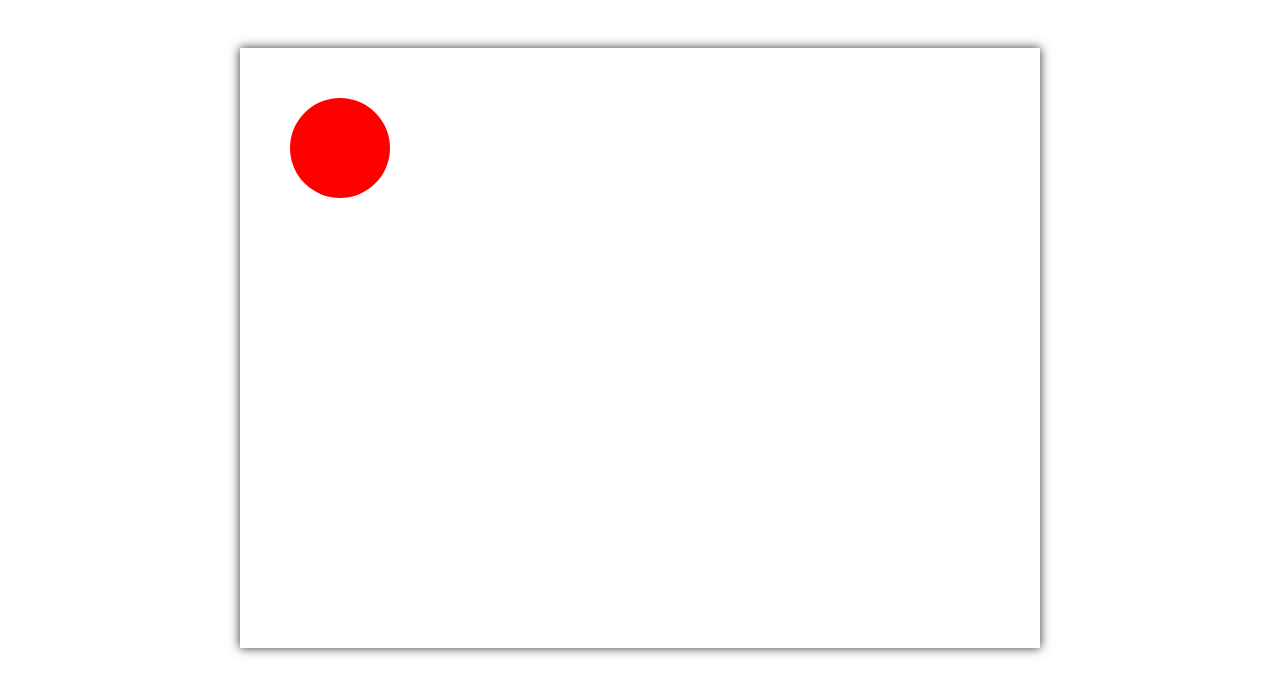
Repository: fangYiYuan/javascript-
Page: canvas/10.圆形碰撞.html
The author's editor kept a copy of each file at every save. The page is drawn from the files as they stood at one save, then again after the next save.
The browser window is 1280 px wide. The pictures show the whole page.

Above is the page before, as saved 2020-04-15 10:47:19.

After the next save:
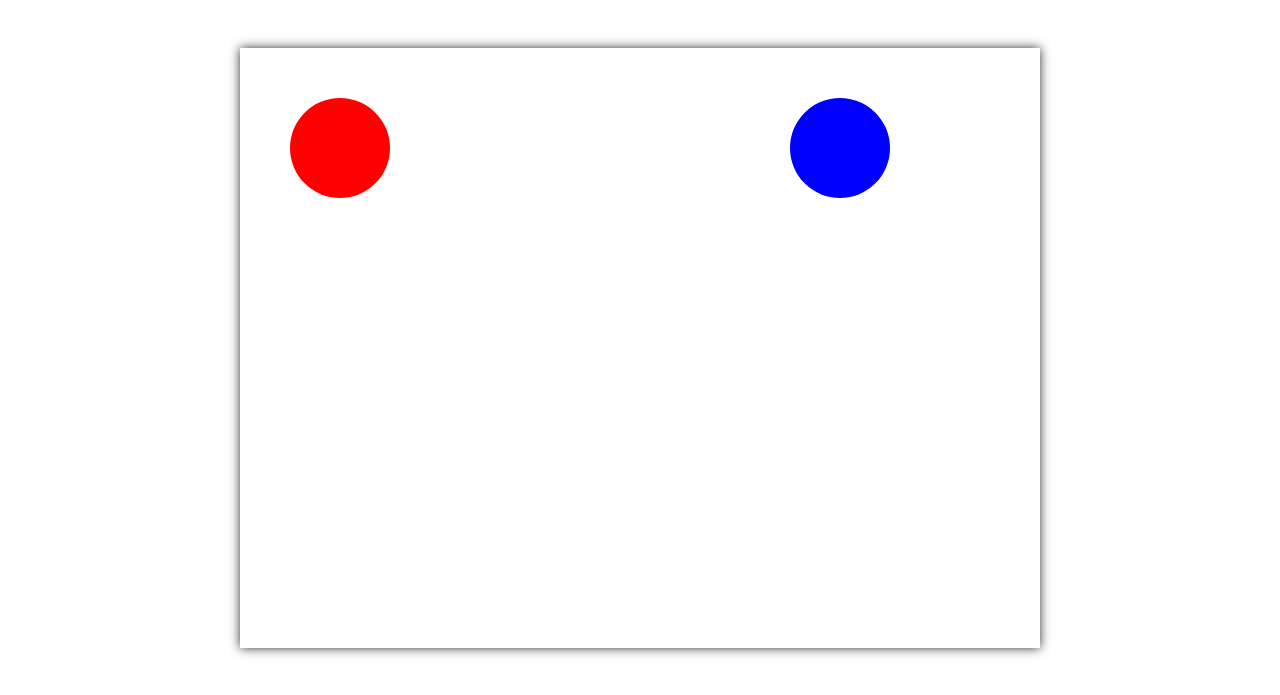
Saved 10 s later.
--- a/canvas/10.圆形碰撞.html
+++ b/canvas/10.圆形碰撞.html
@@ -46,17 +46,16 @@
   }
   let balla = new Ball(100, 100, 50, 2, 'red')
   let ballb = new Ball(600, 100, 50, 2, 'blue')
-  balla.draw()
   function moveTo () {
     con.clearRect(0, 0, draw.width, draw.height)
     balla.draw()
     ballb.draw()
-    // balla.move()
-    // ballb.move()
-    // if (hit()) {
-    //   balla.speed *= -1
-    //   ballb.speed *= -1
-    // }
+    balla.move()
+    ballb.move()
+    if (hit()) {
+      balla.speed *= -1
+      ballb.speed *= -1
+    }
   }
   function hit () {
     if (balla.x + balla.r *2 > ballb.x) {
@@ -65,7 +64,7 @@
       return false
     }
   }
-  // moveTo ()
+  moveTo ()
 
 </script>
 </html>
